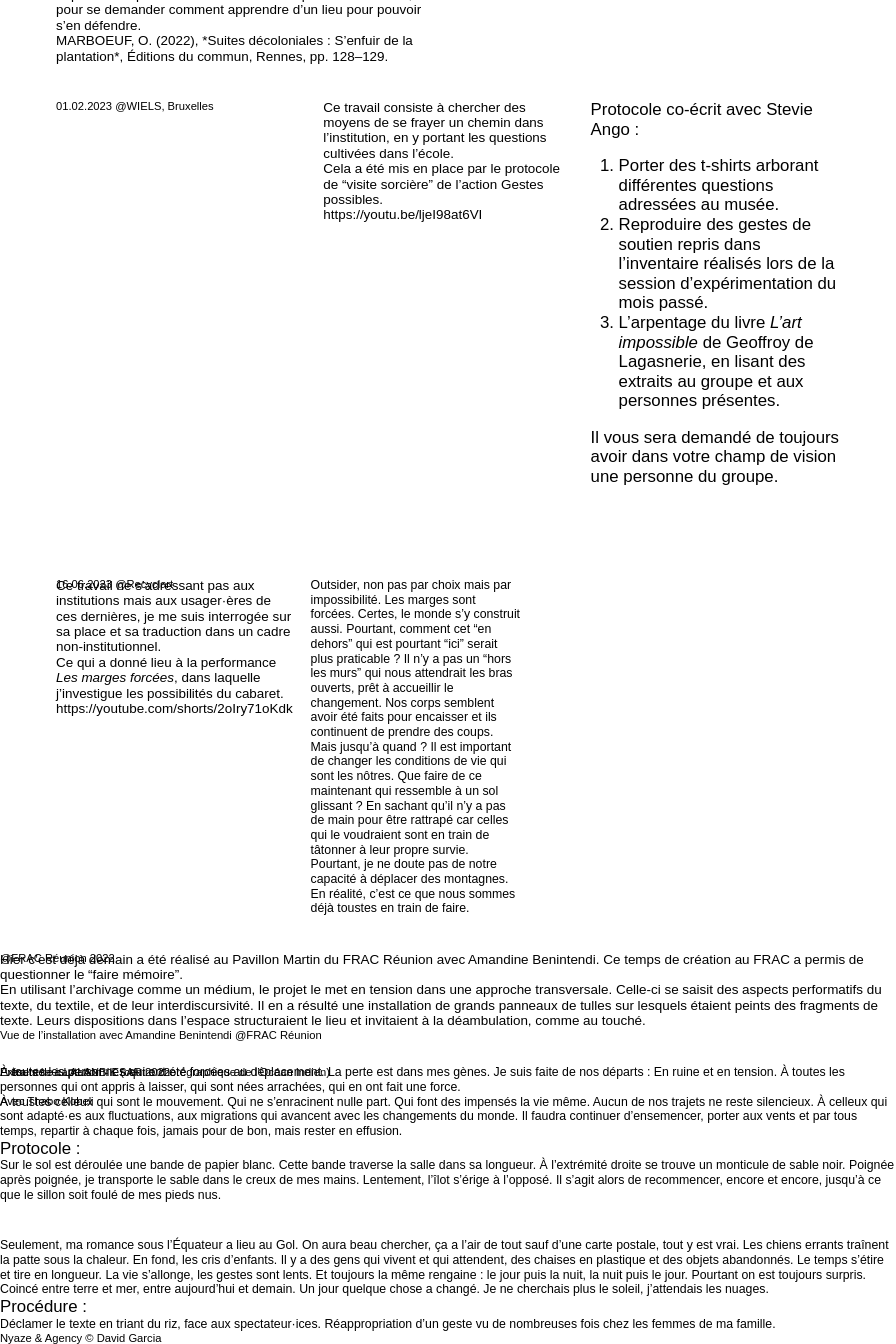
Repository: brunrhb/oce-p
Page: index.html
The author's editor kept a copy of each file at every save. The page is drawn from the files as they stood at one save, then again after the next save.
The browser window is 1280 px wide. The pictures show the part of the page from y = 2929 to 4849 px (the page is 4849 px tall before and 4769 px after), at 70% of full size.

Above is the page before, as saved 2025-06-09 23:04:41.

After the next save:
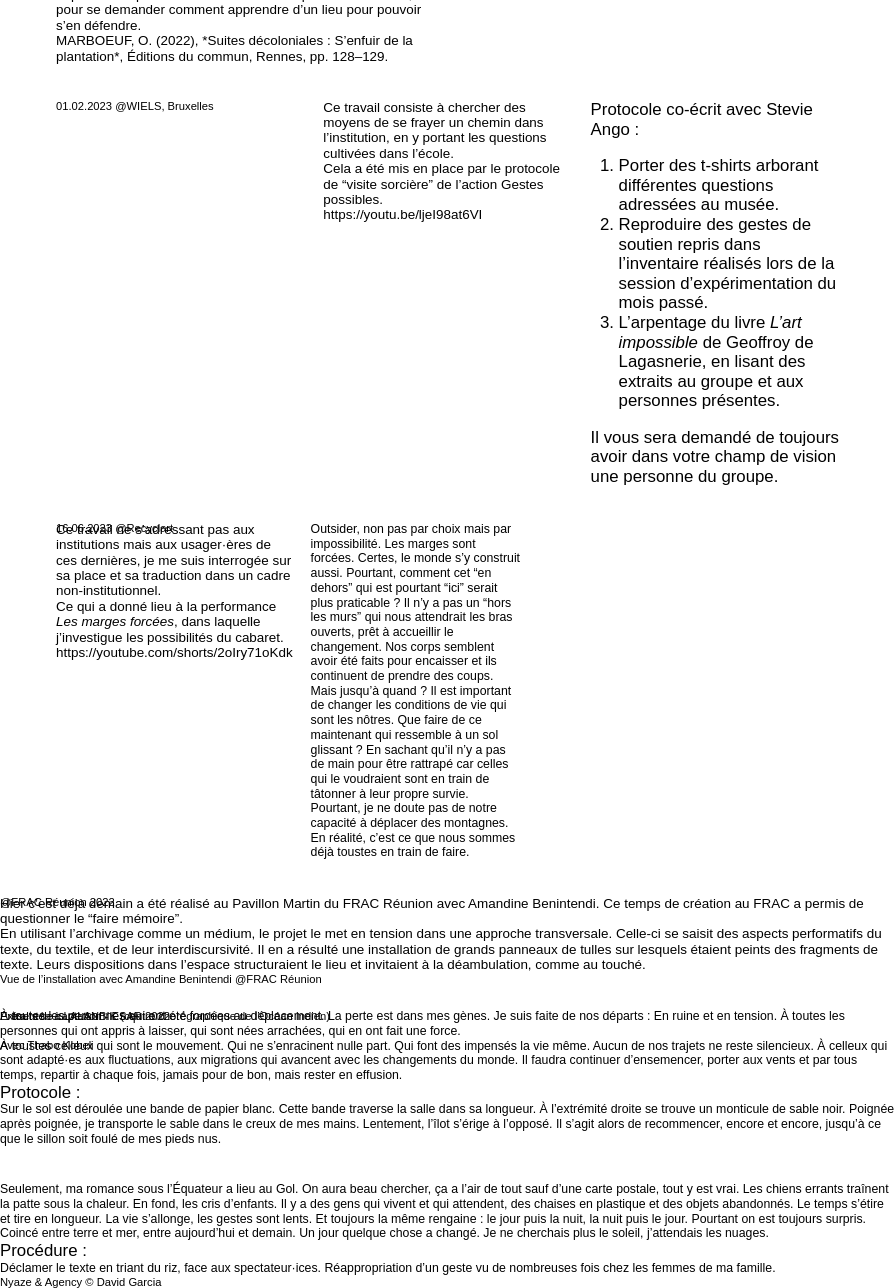
Saved 5 s later.
--- a/styles.css
+++ b/styles.css
@@ -303,7 +303,6 @@ body {
 .grid-p5 {
   display: grid;
   grid-template-columns: 0.3fr 0.7fr 1fr;
-  padding-top: 5rem;
   padding-left: 5rem;
   padding-right: 5rem;
   column-gap: 2vw;
